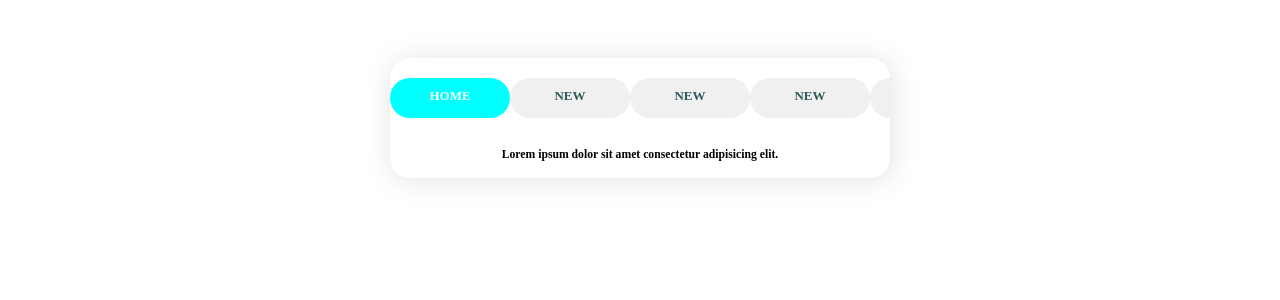
Repository: KHANHD192/JS_evondev
Page: eondev/tab_scroll/index.html
These files come from the project's save history. The page is drawn as it stood at one moment and after the next save; the edit follows.
The browser window is 1280 px wide. The pictures show the whole page.

Above is the page before, as saved 2023-05-30 11:21:18.

After the next save:
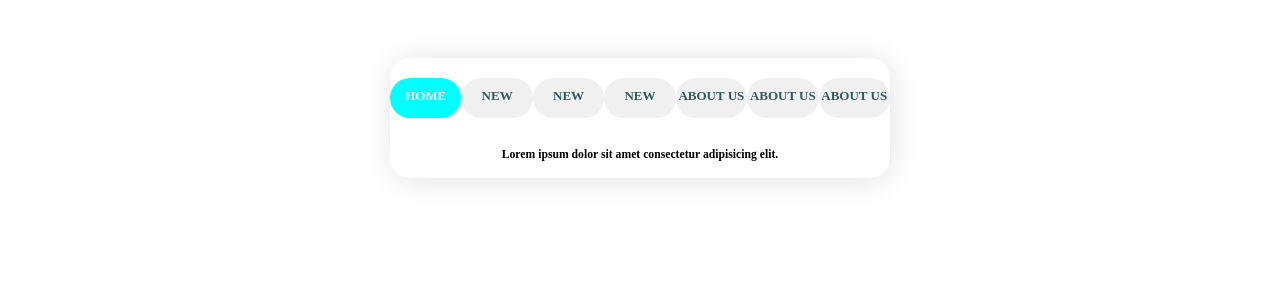
Saved 14 s later.
--- a/eondev/tab_scroll/index.html
+++ b/eondev/tab_scroll/index.html
@@ -47,7 +47,6 @@
        }
        .list_content{
         display: flex;
-        width: 500%;
         white-space: nowrap;
        }
        .tab-item{

After the 2 saves that followed:
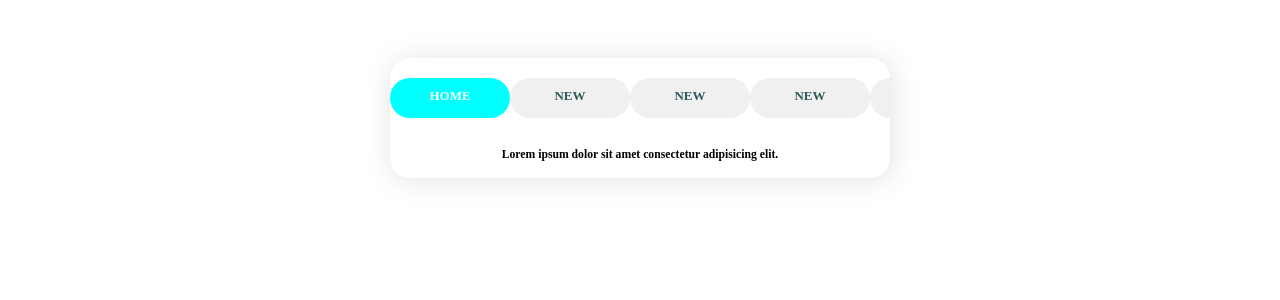
The 2 saves are shown as one change because 1 left the picture as it was.
The last was saved 16 s later.
--- a/eondev/tab_scroll/index.html
+++ b/eondev/tab_scroll/index.html
@@ -47,6 +47,7 @@
        }
        .list_content{
         display: flex;
+        width: 200%;
         white-space: nowrap;
        }
        .tab-item{
